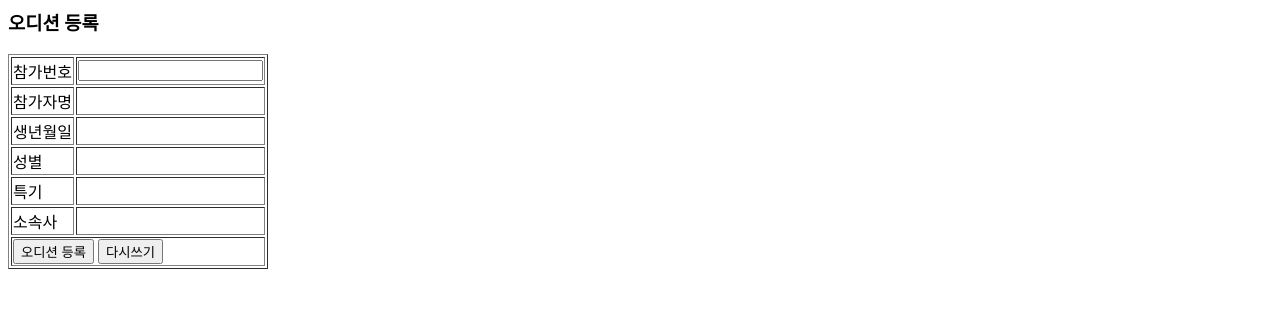
Repository: JQWJ/oudition_jsp
Page: http://localhost/oudition_pro/action/insert_oudition.jsp
An editor plug-in stored every save of this project. The page is shown before and after the next save, followed by the edit.
The browser window is 1280 px wide. The pictures show the whole page.
The page is served by Tomcat 9.

Above is the page before, as saved 2020-12-09 05:24:18.

After the next save:
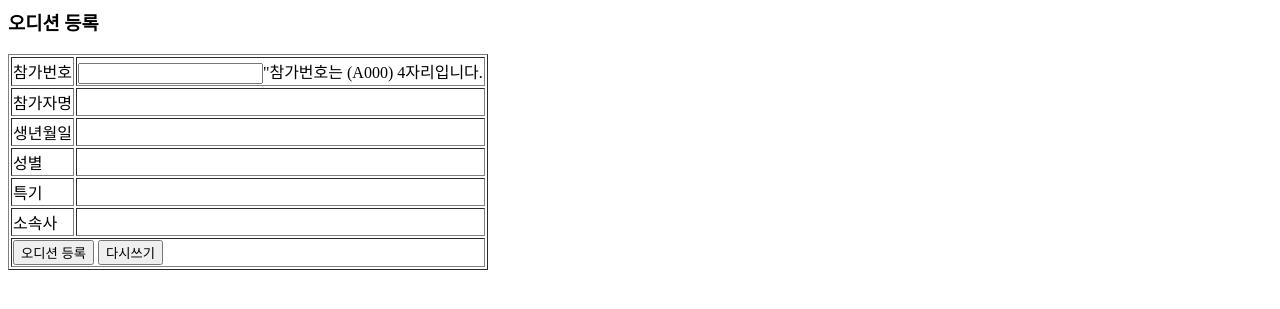
Saved 15 s later.
--- a/oudition_pro/WebContent/action/insert_oudition.jsp
+++ b/oudition_pro/WebContent/action/insert_oudition.jsp
@@ -6,7 +6,7 @@
 	<table border="1">
 		<tr>
 			<td>참가번호</td>
-			<td><input type="text" name="artist_id"></td>
+			<td><input type="text" name="artist_id">"참가번호는 (A000) 4자리입니다.</td>
 		</tr>
 		<tr>
 			<td>참가자명</td>
